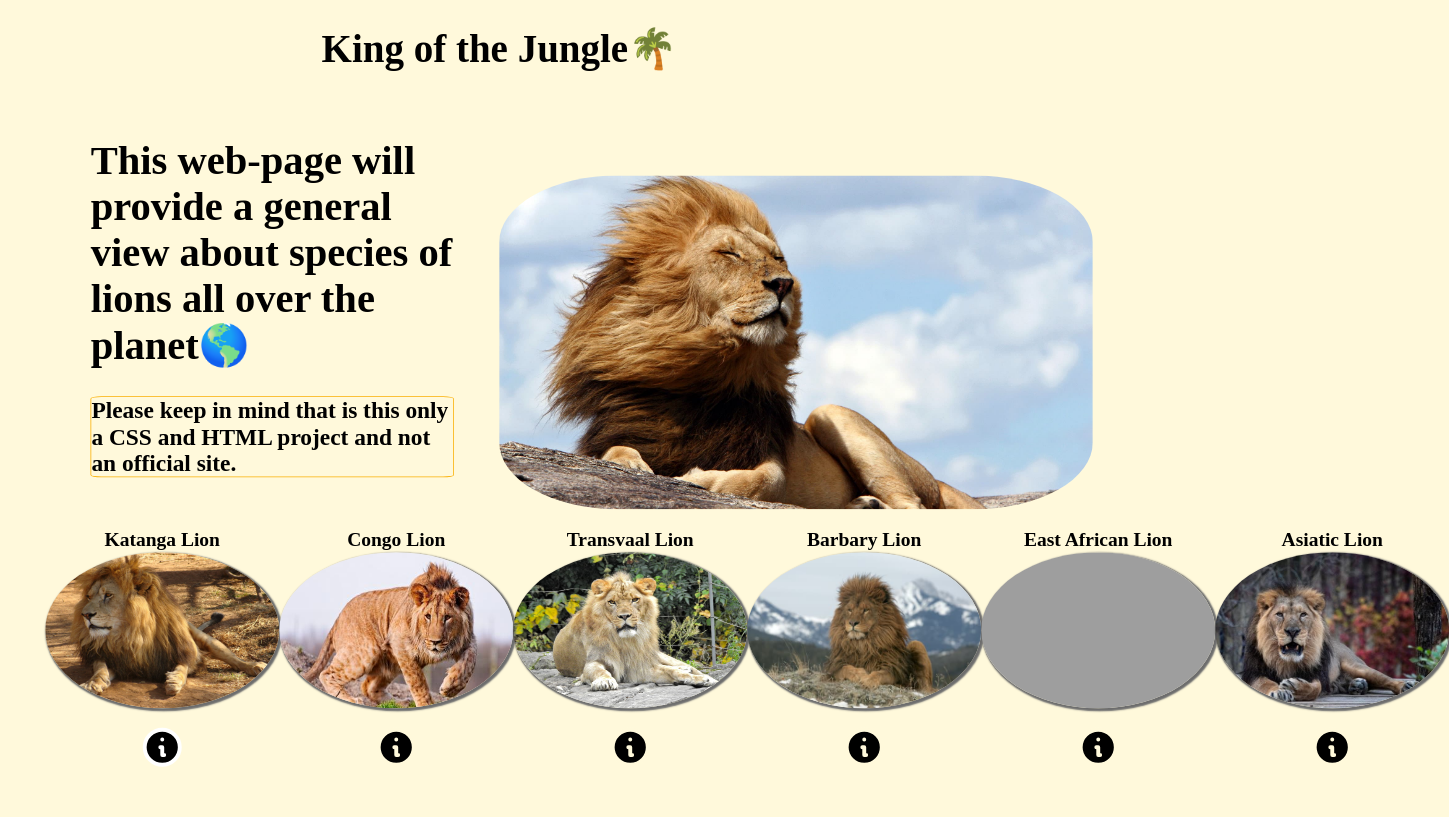
Repository: GeorgeManias/lions_project
Page: index.html
The author's editor kept a copy of each file at every save. The page is drawn from the files as they stood at one save, then again after the next save.
The browser window is 1280 px wide. The page is 1858 px wide, so the pictures cover 1858 px, including what lies to the right of the window. The pictures show the whole page, at 78% of full size.
The pointer rests on the first visible `.svg_link`.
Pictures or frames that could not be fetched are drawn as grey boxes. Some web fonts or font styles are not loaded; a fallback is used.

Above is the page before, as saved 2021-11-04 21:05:14.

After the next save:
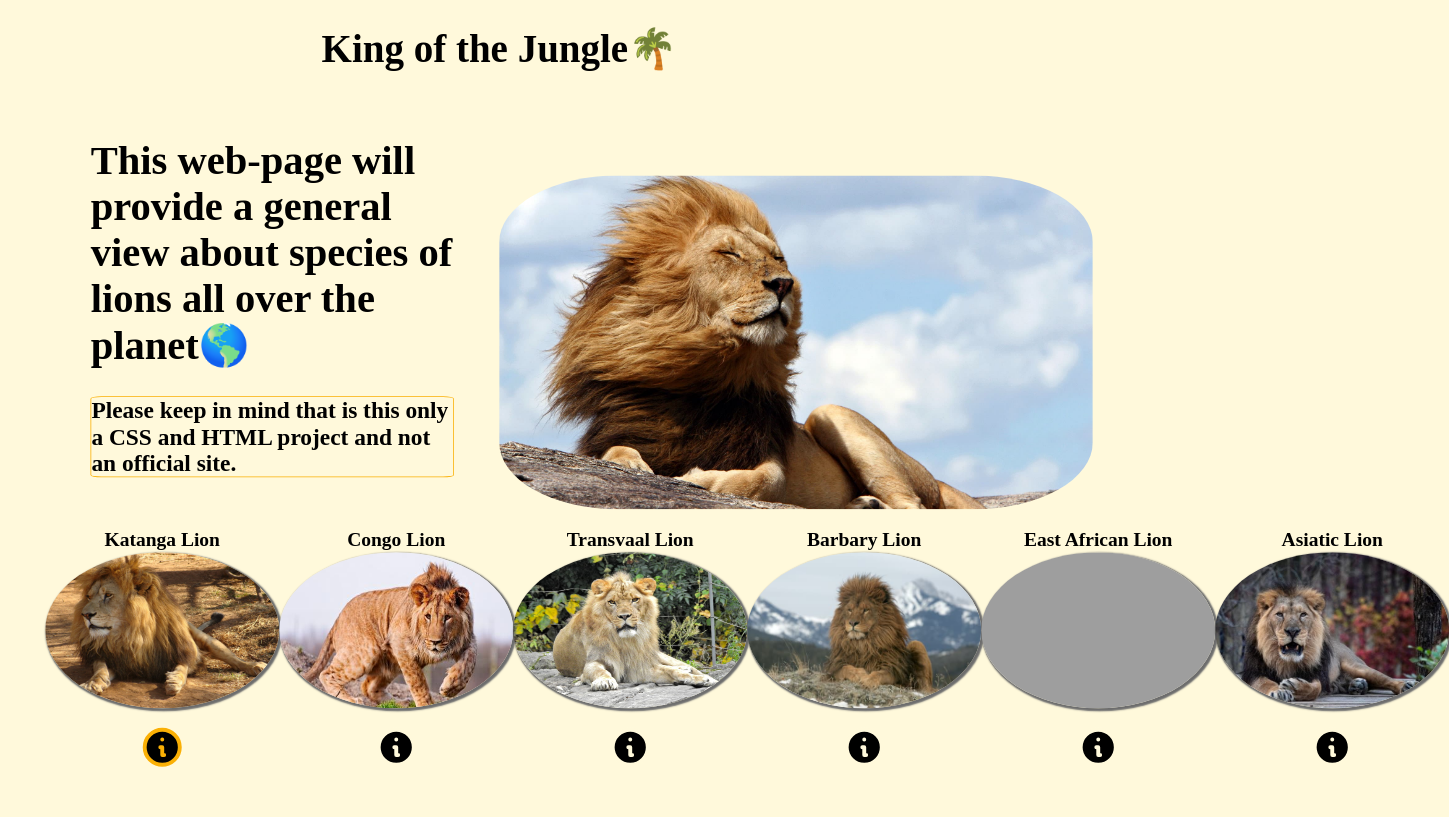
Saved 20 s later.
--- a/index.css
+++ b/index.css
@@ -145,7 +145,7 @@ header {
 
 .svg_link:hover {
   width: 20%;
-  stroke: #ffffff;
+  stroke: #fab005;
   border-radius: 0;
   padding-top: 0%;
 }
